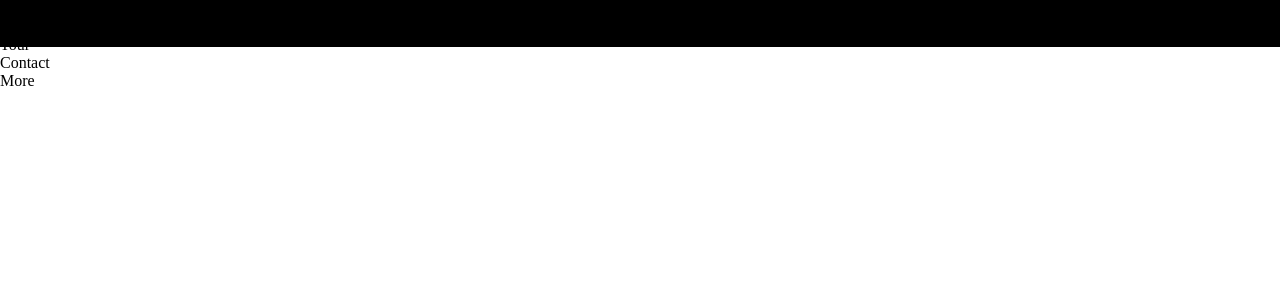
Repository: Ducspdn/WeTheBandF8
Page: w3_band/index.html
An editor plug-in stored every save of this project. The page is shown before and after the next save, followed by the edit.
The browser window is 1280 px wide. The pictures show the whole page.

Above is the page before, as saved 2023-01-16 15:22:51.

After the next save:
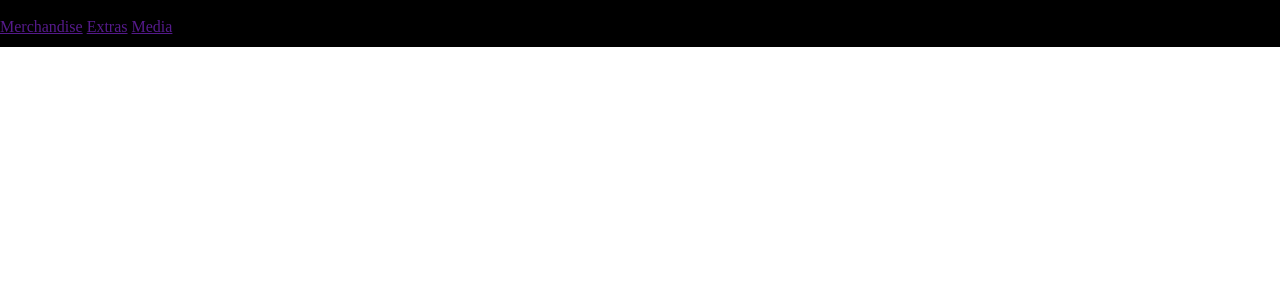
Saved 3 min 57 s later.
--- a/w3_band/index.html
+++ b/w3_band/index.html
@@ -18,9 +18,9 @@
                 <li>
                     <a href=""></a>More
                     <ul class="subnav">
-                        <li><a href=""> </a></li>
-                        <li><a href=""> </a></li>
-                        <li><a href=""> </a></li>
+                        <li><a href="">Merchandise</a></li>
+                        <li><a href="">Extras</a></li>
+                        <li><a href="">Media</a></li>
                     </ul>
                 </li>
             </ul>
--- a/w3_band/assets/css/style.css
+++ b/w3_band/assets/css/style.css
@@ -19,6 +19,12 @@
     width :100% ;
     height: 46.5px;
 }
+#nav{
+
+}
+#nav li{
+    display : inline ;
+}
 #slider {
 
 }
